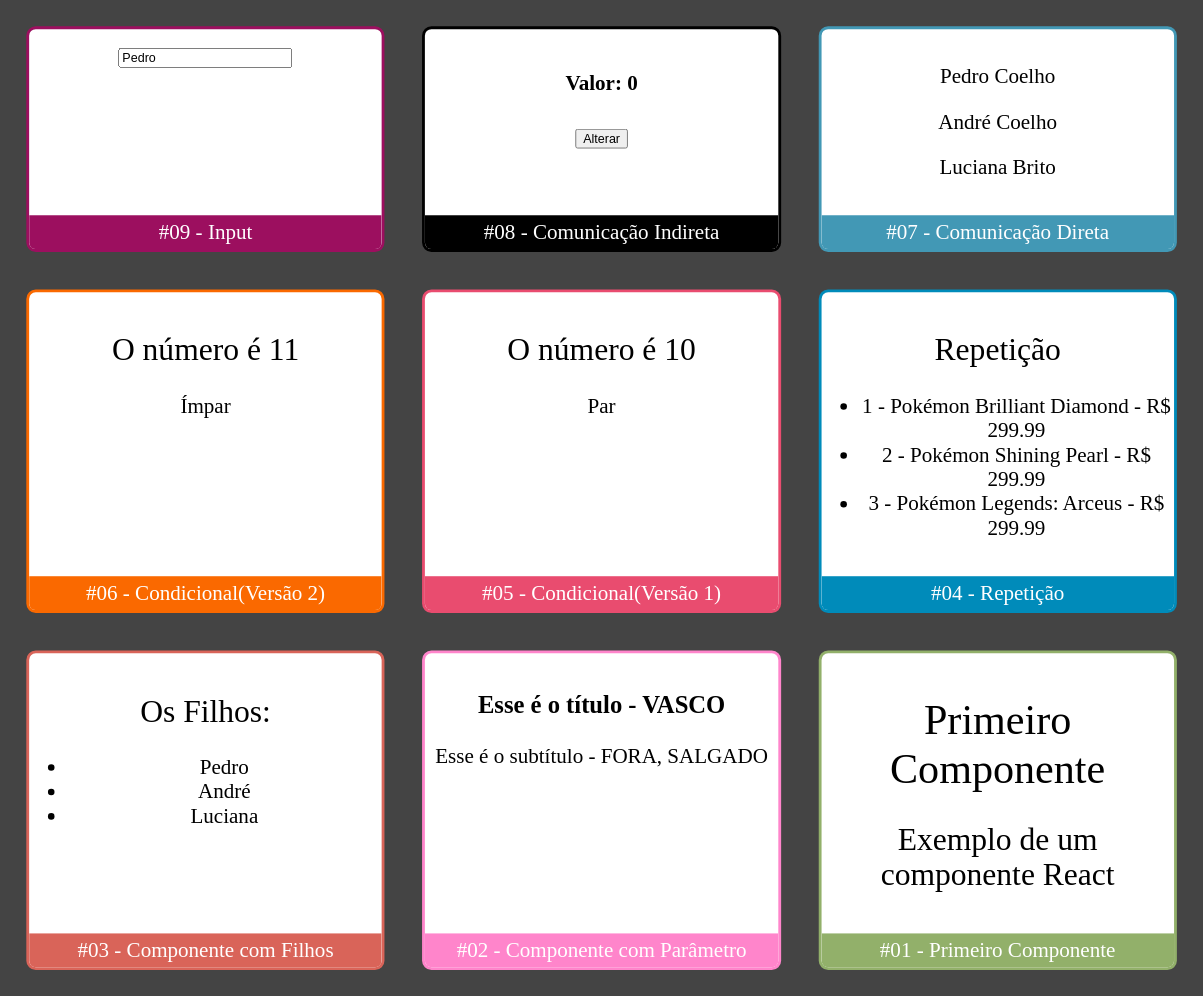
Repository: PedroHQCoelho/fundamentos-react
Page: /
The author's editor kept a copy of each file at every save. The page is drawn from the files as they stood at one save, then again after the next save.
The browser window is 1280 px wide. The pictures show the whole page, at 94% of full size.
The project was rebuilt for these pictures with package versions that can differ from the ones it lists, and the page was loaded fresh each time.

Above is the page before, as saved 2021-12-16 12:38:04.

### src/index.css
body {
    font-family:'Times New Roman', Times, serif;
    font-weight: 300;
    font-size: 1.4rem;
    background-color: #444;
    color: #fff;
    text-align: center;
}

h1, h2 {
    font-weight: 300;
}

### src/App.jsx
import './App.css'
import React from 'react'

import Primeiro from './components/basicos/Primeiro'
import ComParametro from './components/basicos/ComParametro'
import ComFilhos from './components/basicos/ComFilhos'
import Card from './components/layout/Card'
import Repeticao from './components/basicos/Repeticao'
import Condicional from './components/basicos/Condicional'
import CondicionalComIf from './components/basicos/CondicionalComIf'
import Pai from './components/comunicacao/direta/Pai'
import Super from './components/comunicacao/indireta/Super'
import Input from './components/form/Input'

export default (props) =>(
    <div className="App">
        <Card titulo="#09 - Input" color="#9C0F5F">
            <Input/>
        </Card>
        <Card titulo="#08 - Comunicação Indireta">
            <Super/>
        </Card>
        <Card titulo="#07 - Comunicação Direta" color="#4298B5">
            <Pai sobrenome="Coelho"/>
        </Card>
        <Card titulo="#06 - Condicional(Versão 2)" color="#FA6900">
            <CondicionalComIf numero={11} />
        </Card>
        <Card titulo="#05 - Condicional(Versão 1)" color="#E94C6F">
            <Condicional numero={10} />
        </Card>
        <Card titulo="#04 - Repetição" color="#008BBA">
            <Repeticao />
        </Card>
        <Card titulo="#03 - Componente com Filhos" color="#D96459">
            <ComFilhos>
            <ul>
                <li>Pedro</li>
                <li>André</li>
                <li>Luciana</li>
            </ul>
            </ComFilhos>
        </Card>
        <Card titulo="#02 - Componente com Parâmetro" color="#FF85CB">
            <ComParametro titulo="Esse é o título - VASCO"
            subtitulo="Esse é o subtítulo - FORA, SALGADO" />
        </Card>
        <Card titulo="#01 - Primeiro Componente" color="#92B06A">
            <Primeiro />
        </Card>
    </div>
    )

### src/components/basicos/Primeiro.jsx
import React from 'react'

export default () =>
    (
        <div>
            <h1>Primeiro Componente</h1>
            <h2>Exemplo de um componente React</h2>
        </div>
    )

### src/components/basicos/ComParametro.jsx
import React from 'react'

export default props =>
    <>
        <h3>{props.titulo}</h3>
        <p>{props.subtitulo}</p>
    </>

### src/components/basicos/ComFilhos.jsx
import React from 'react'

export default props =>
    <div>
        <h2>Os Filhos:</h2>
        <div>
            {props.children}
        </div>
    </div>

### src/components/layout/Card.jsx
import React from 'react'
import './Card.css'

export default props =>
    <div className="Card" style={{borderColor: props.color || '#000'}}>
        <div className="Content">
            {props.children}
        </div>
        <div className="Footer" style={{backgroundColor: props.color || '#000'}}>
            {props.titulo}
        </div>
    </div>

### src/components/basicos/Repeticao.jsx
import React from 'react'

import produtos from '../../data/produtos'

export default props => {

    function getProdutosListItem(){
        return produtos.map(prod => {
            return <li key={prod.id}>
                {prod.id} - {prod.nome} - R$ {prod.preco}
                </li>
        })
    }

    return (
        <div>
            <h2>Repetição</h2>
            <ul>
                {getProdutosListItem()}
            </ul>
        </div>
    )
}

### src/components/basicos/Condicional.jsx
import React from 'react'

export default props => {

    return (
        <div>
            <h2>O número é {props.numero}</h2>
            { props.numero % 2 === 0 ?
                <span>Par</span>
                : <span>Ímpar</span>
            }
        </div>
    )
}

### src/components/basicos/CondicionalComIf.jsx
import React from 'react'
import If from './If'

export default props => {

    return (
        <div>
            <h2>O número é {props.numero}</h2>
            <If test={props.numero % 2 === 0}>
            <span>Par</span>
            </If>
            <If test={props.numero % 2 === 1}>
            <span>Ímpar</span>
            </If>
        </div>
    )
}

### src/components/comunicacao/direta/Pai.jsx
import React from 'react'
import Filho from './Filho'

export default props =>
    <div>
        <Filho {...props}>Pedro</Filho>
        <Filho sobrenome={props.sobrenome}>André</Filho>
        <Filho sobrenome="Brito">Luciana</Filho>
    </div>

### src/components/comunicacao/indireta/Super.jsx
import React, { useState } from 'react'
import Sub from './Sub'

export default (props) =>{

    const [texto, setTexto] = useState('Valor')
    const [num, setNum] = useState(0)

    function quandoClicar(valorGerado, texto){
        setNum(valorGerado)
        setTexto(texto)
    }

    return(
    <div>
        <h4>{texto}: {num}</h4>
        <Sub onClicar={quandoClicar}></Sub>
    </div>
    );
    };

### src/components/form/Input.jsx
import React, { useState } from 'react'

export default (props) =>{
    const [nome, setNome] = useState('Pedro')
    return (
    <>
        <input type="text" value={nome}
        onChange={e => setNome(e.target.value)} />
    </>
    );
};

### src/components/layout/Card.css
.Card {
    flex: 1;
    margin: 20px;
    border: 3px solid #000;
    border-radius: 10px;
    overflow: hidden;
    background-color: #fff;
    display: flex;
    flex-direction: column;
    min-width: 300px;
}

.Card .Content {
    flex: 1;
    color: #000;
    padding: 15px 0px;
}

.Card .Footer {
    background-color: #000;
    color: #fff;
    padding: 5px 0px;
}

### src/data/produtos.js
export default [
    {id: 1, nome: 'Pokémon Brilliant Diamond', preco: 299.99},
    {id: 2, nome: 'Pokémon Shining Pearl', preco: 299.99},
    {id: 3, nome: 'Pokémon Legends: Arceus', preco: 299.99},
]

### src/components/basicos/If.jsx

export default function (props) {
    if (props.test) {
        return props.children
    } else {
        return false
    }
}

### src/components/comunicacao/direta/Filho.jsx
import React from 'react'

export default props =>
    <div>
        <p>{props.children} {props.sobrenome}</p>
    </div>

### src/components/comunicacao/indireta/Sub.jsx
import React from 'react'

export default props => {
    function acao(){
        props.onClicar(Math.random(), 'Valor Gerado')
    }

    return (
    <div>
        <button onClick={acao}>Alterar</button>
    </div>
    );
};

Loaded but not shown: public/index.html (common file); src/index.js (common file); src/App.css (common file)

After the next save:
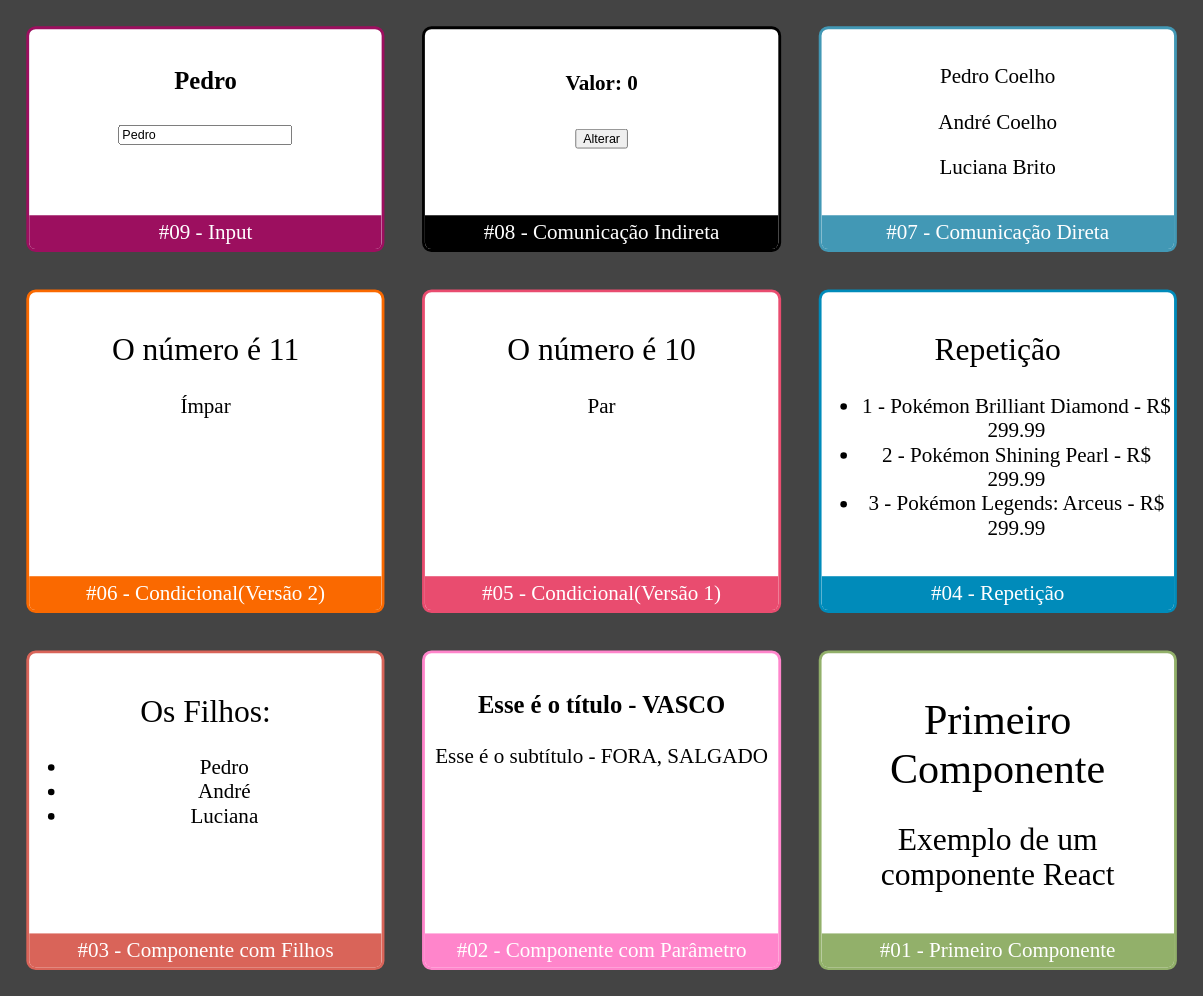
Saved 36 s later.
--- a/src/components/form/Input.jsx
+++ b/src/components/form/Input.jsx
@@ -4,6 +4,7 @@ export default (props) =>{
     const [nome, setNome] = useState('Pedro')
     return (
     <>
+        <h3>{nome}</h3>
         <input type="text" value={nome}
         onChange={e => setNome(e.target.value)} />
     </>
